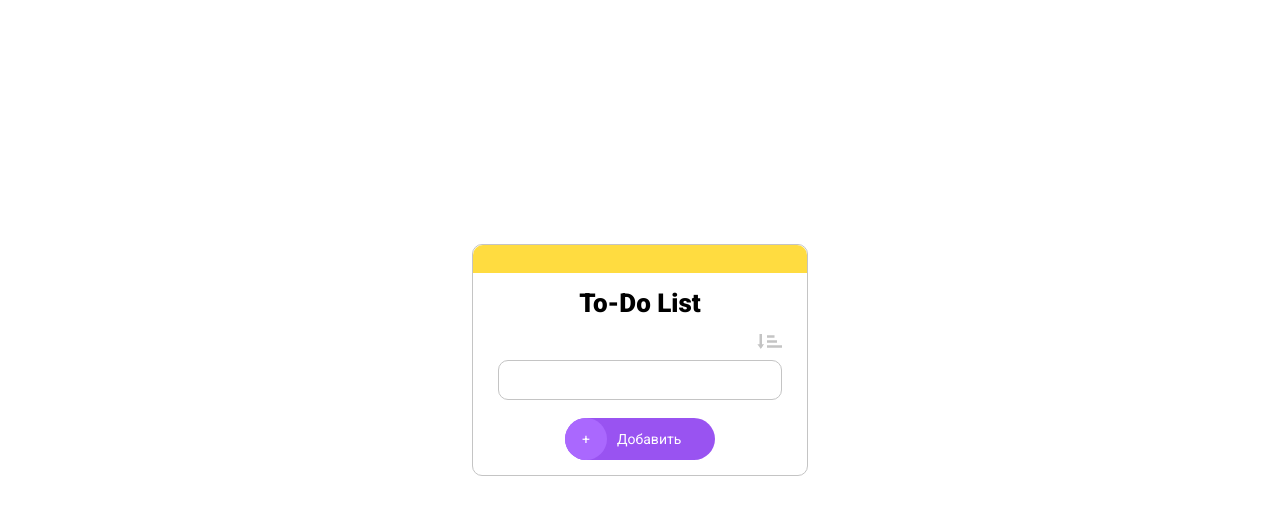
Repository: PoladEziz/Task-15
Page: index.html
The author's editor kept a copy of each file at every save. The page is drawn from the files as they stood at one save, then again after the next save.
The browser window is 1280 px wide. The pictures show the whole page.
The style sheet was rebuilt from its Sass, Less or Tailwind sources for each picture, by a compiler version that may differ from the author's.

Above is the page before, as saved 2023-08-10 15:46:32.

After the next save:
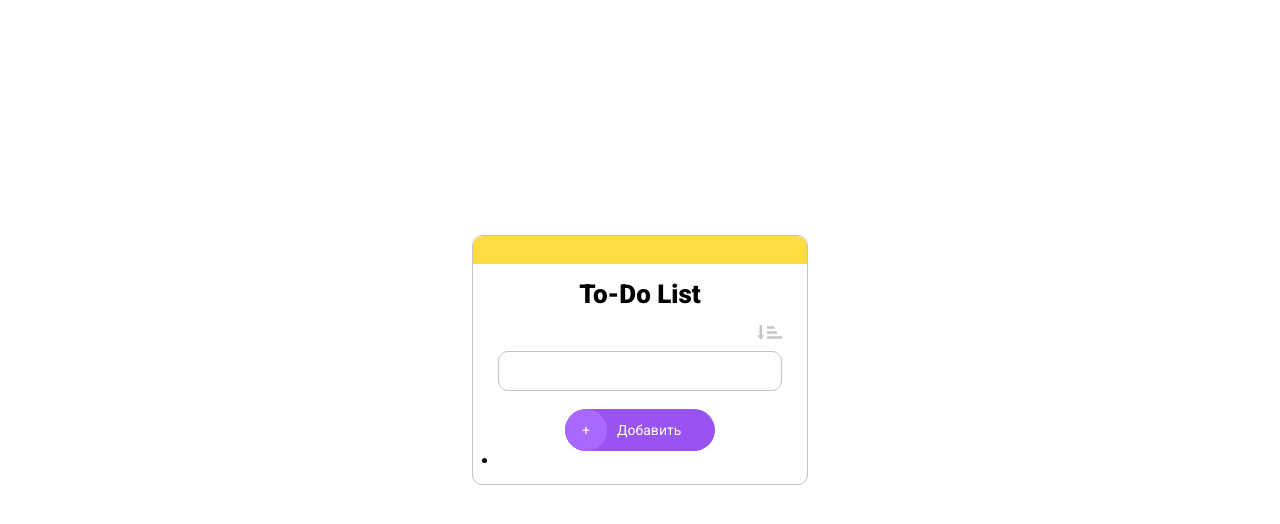
Saved 4 s later.
--- a/index.html
+++ b/index.html
@@ -18,7 +18,9 @@
                     <button><div>+</div><p>Добавить</p></button>
 
                 </form>
-
+                <ul>
+                    <li></li>
+                </ul>
 
             </div>
         </div>
